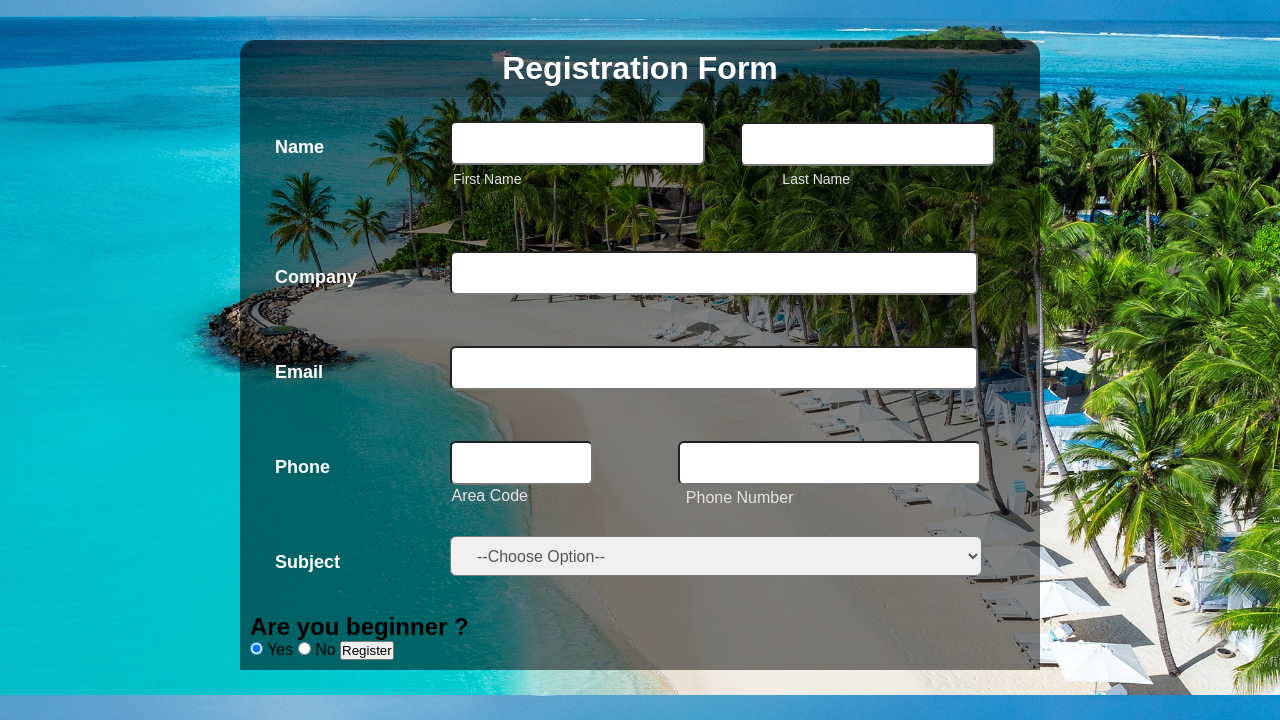
Repository: sudeepa88/Registration-Form
Page: registration.html
An editor plug-in stored every save of this project. The page is shown before and after the next save, followed by the edit.
The browser window is 1280 px wide. The pictures show the whole page.

Above is the page before, as saved 2022-01-11 23:44:47.

After the next save:
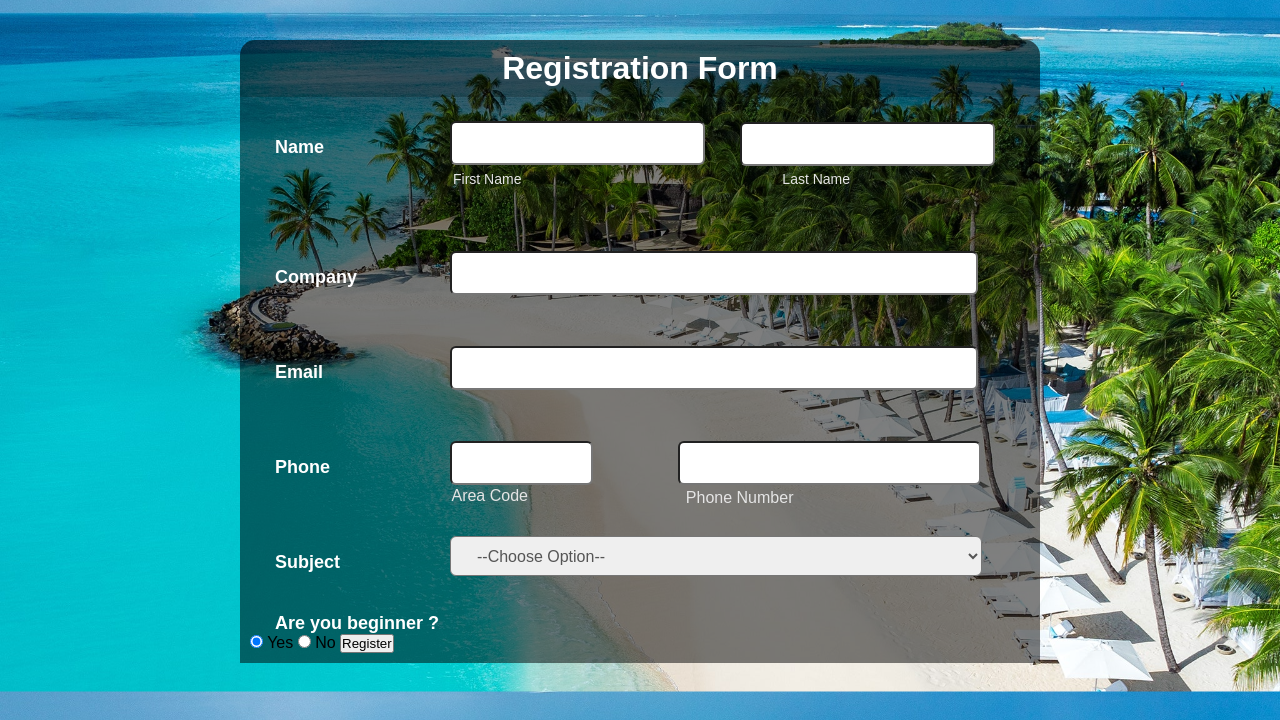
Saved 5 min 8 s later.
--- a/registration.html
+++ b/registration.html
@@ -160,6 +160,14 @@
        outline: none;
        overflow: hidden;
    }
+   .option option{
+       font-size: 20px;
+   }
+   #student{
+       margin-left:25px;
+       color:white;
+       font-size: 18px;
+   }
     </style>
 </head>
 <body>
